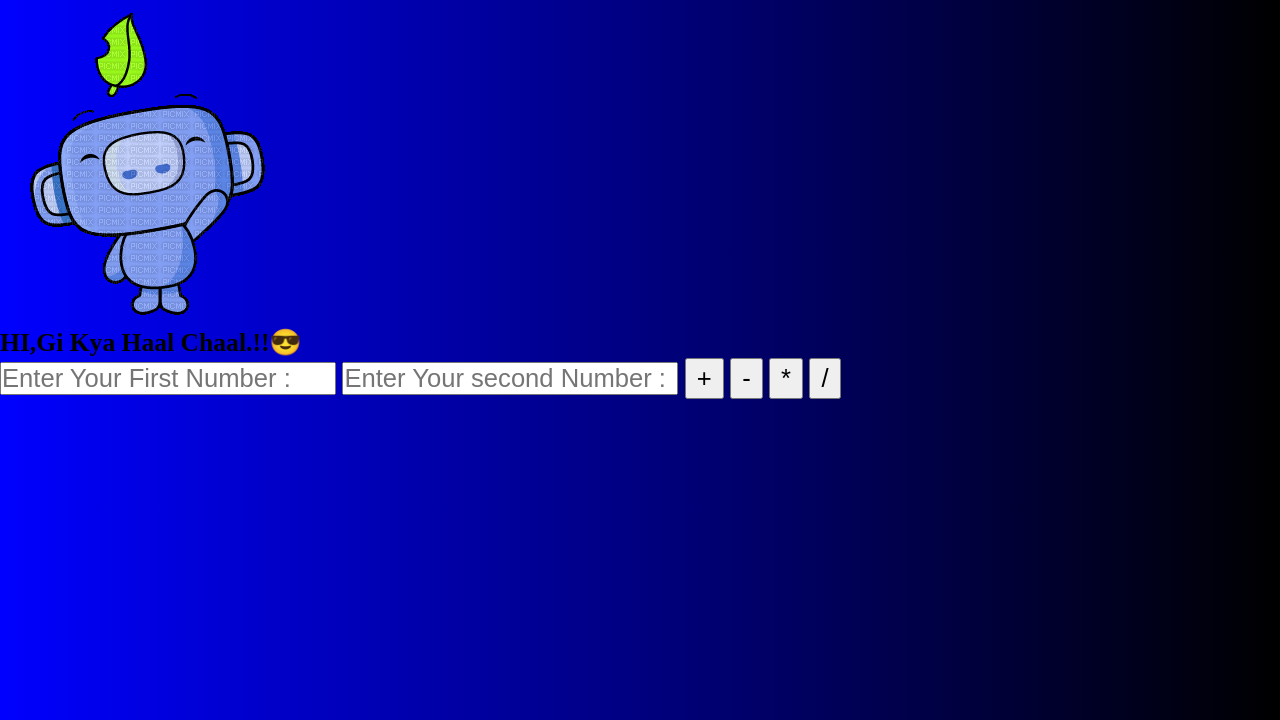
Repository: Deepak-Mane1902/simple-Calculator-using-JSP-Servlet
Page: http://localhost/webProject/
An editor plug-in stored every save of this project. The page is shown before and after the next save, followed by the edit.
The browser window is 1280 px wide. The pictures show the whole page.
The page is served by Tomcat 9.

Above is the page before, as saved 2024-12-15 06:43:38.

After the next save:
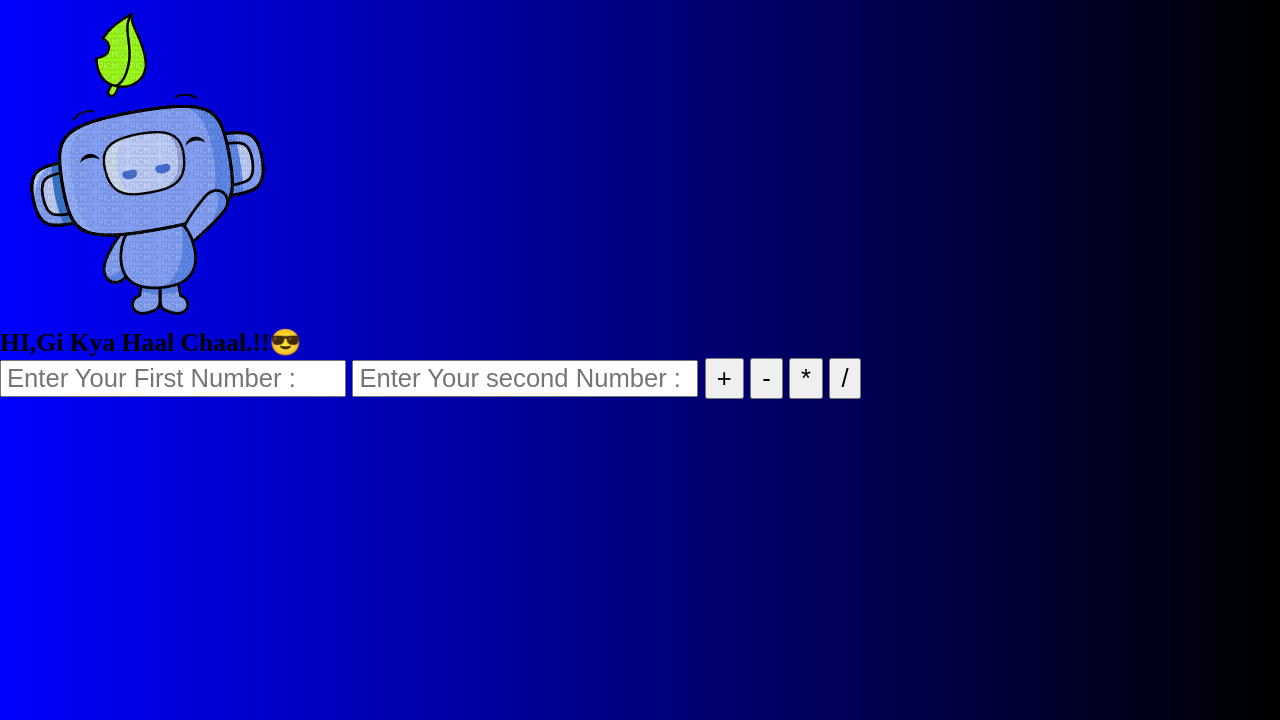
Saved 66 s later.
--- a/webProject/src/main/webapp/style.css
+++ b/webProject/src/main/webapp/style.css
@@ -19,6 +19,7 @@
 }
 input{
 	font-size:2vw;
+	padding:2px 5px;
 }
 button{
 	text-align:center;
